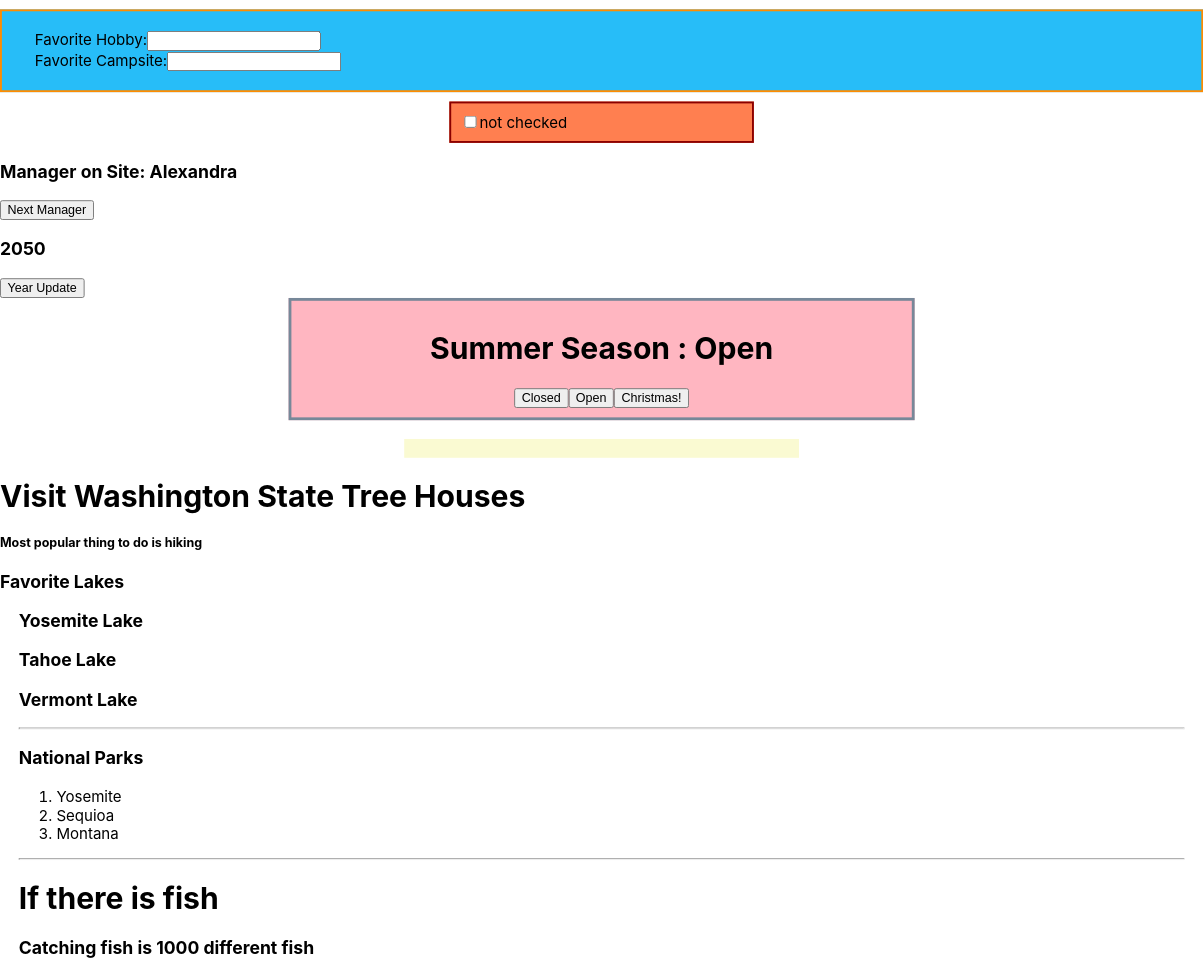
Repository: CaptainStorm21/intro-react-hooks
Page: /
The author's editor kept a copy of each file at every save. The page is drawn from the files as they stood at one save, then again after a run of saves.
The browser window is 1280 px wide. The pictures show the whole page, at 94% of full size.
The project was rebuilt for these pictures with package versions that can differ from the ones it lists, and the page was loaded fresh each time.

Above is the page before, as saved 2020-05-28 20:04:42.

After the next 2 saves:
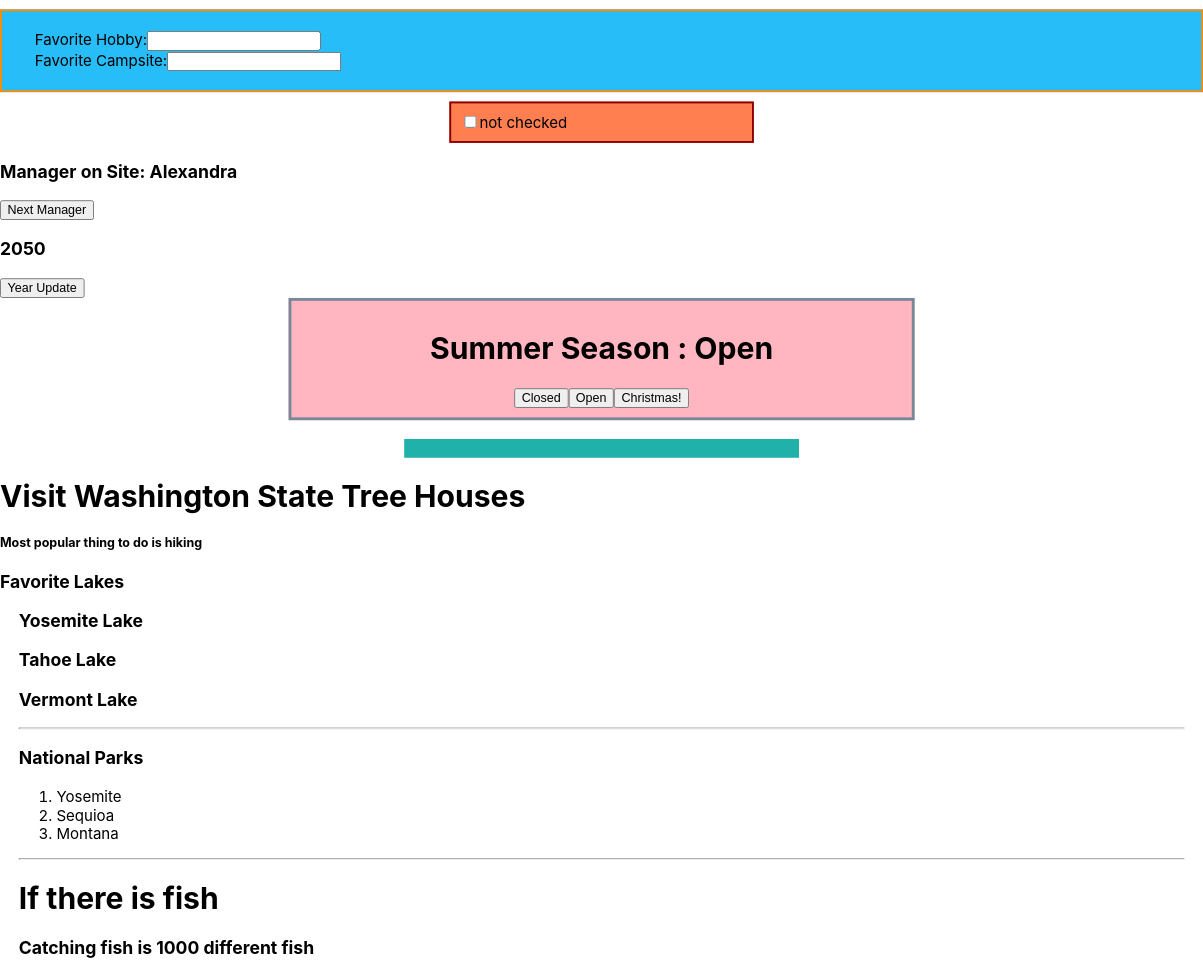
The 2 saves are shown as one change because they came seconds apart.
The last was saved 12 s later.
--- a/src/App.css
+++ b/src/App.css
@@ -38,7 +38,7 @@
 }
 
 .github{
-  background-color: lightgoldenrodyellow;
+  background-color: lightseagreen;
   padding: 10px;
   width: 400px;
   margin: 0 auto;
